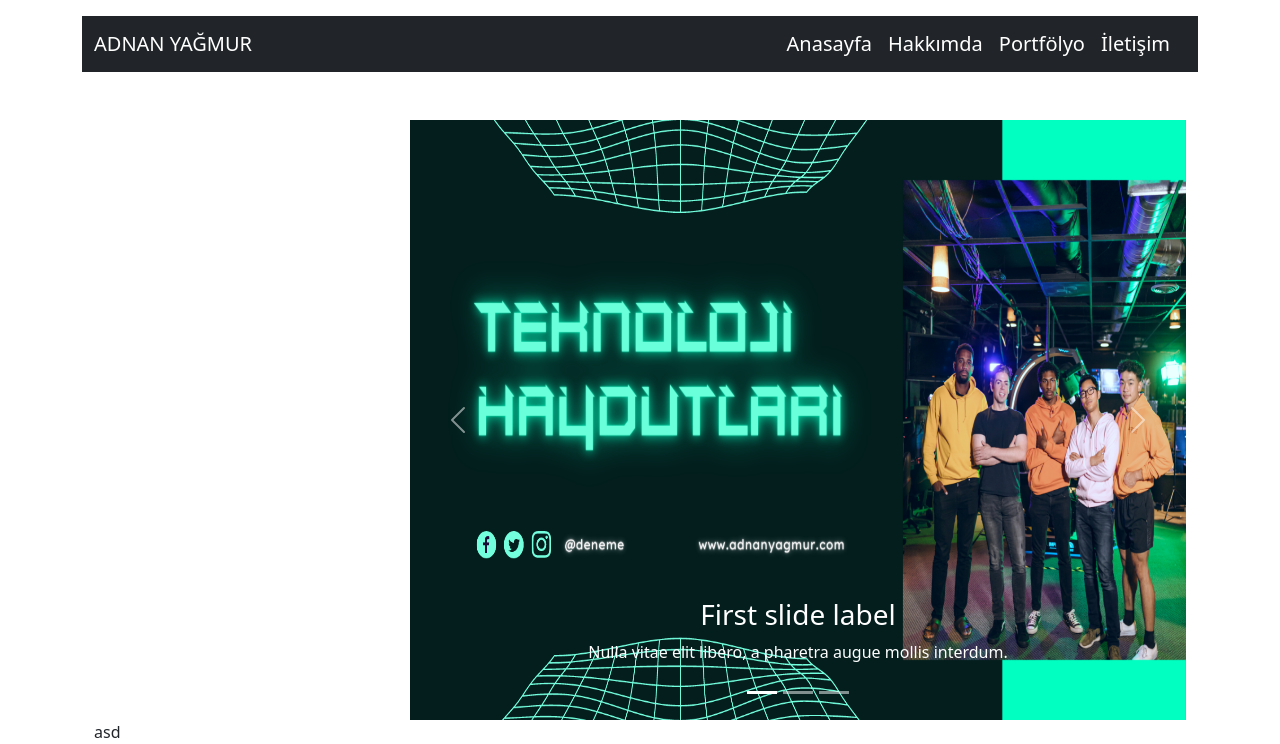
Repository: adnanyagmur/react-bootstrap-example
Page: /
These files come from the project's save history. The page is drawn as it stood at one moment and after the next save; the edit follows.
The browser window is 1280 px wide. The pictures show the whole page.
The project was rebuilt for these pictures with package versions that can differ from the ones it lists, and the page was loaded fresh each time.

Above is the page before, as saved 2022-06-29 10:44:25.

After the next save:
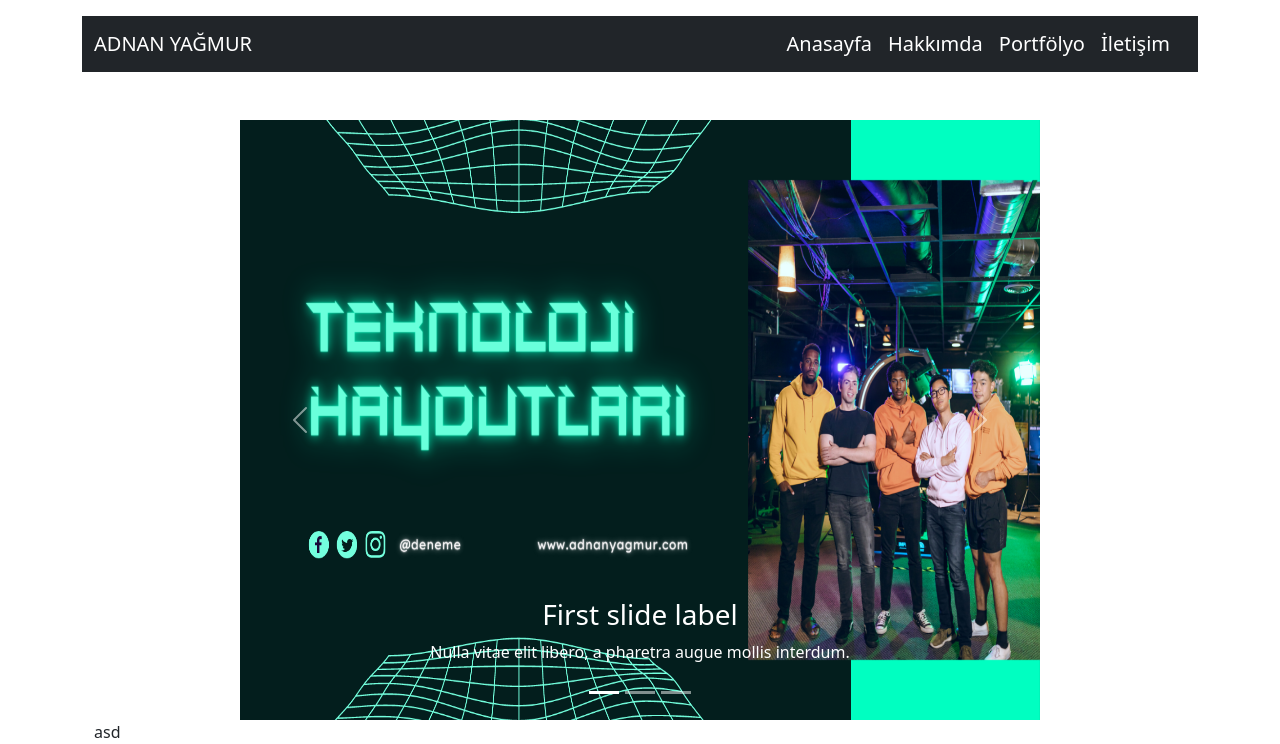
Saved 23 s later.
--- a/src/appComponents/Slider.jsx
+++ b/src/appComponents/Slider.jsx
@@ -10,7 +10,7 @@ const Slider = ()=>{
         <Col></Col>
 
 
-
+        <Col>
         <Carousel style={{width:"800px"}}>
         <Carousel.Item interval={1000}>
           <img
@@ -51,6 +51,9 @@ const Slider = ()=>{
           </Carousel.Caption>
         </Carousel.Item>
       </Carousel>
+      </Col>
+      <Col>
+      </Col>
       </Row>
 
       </Container>
